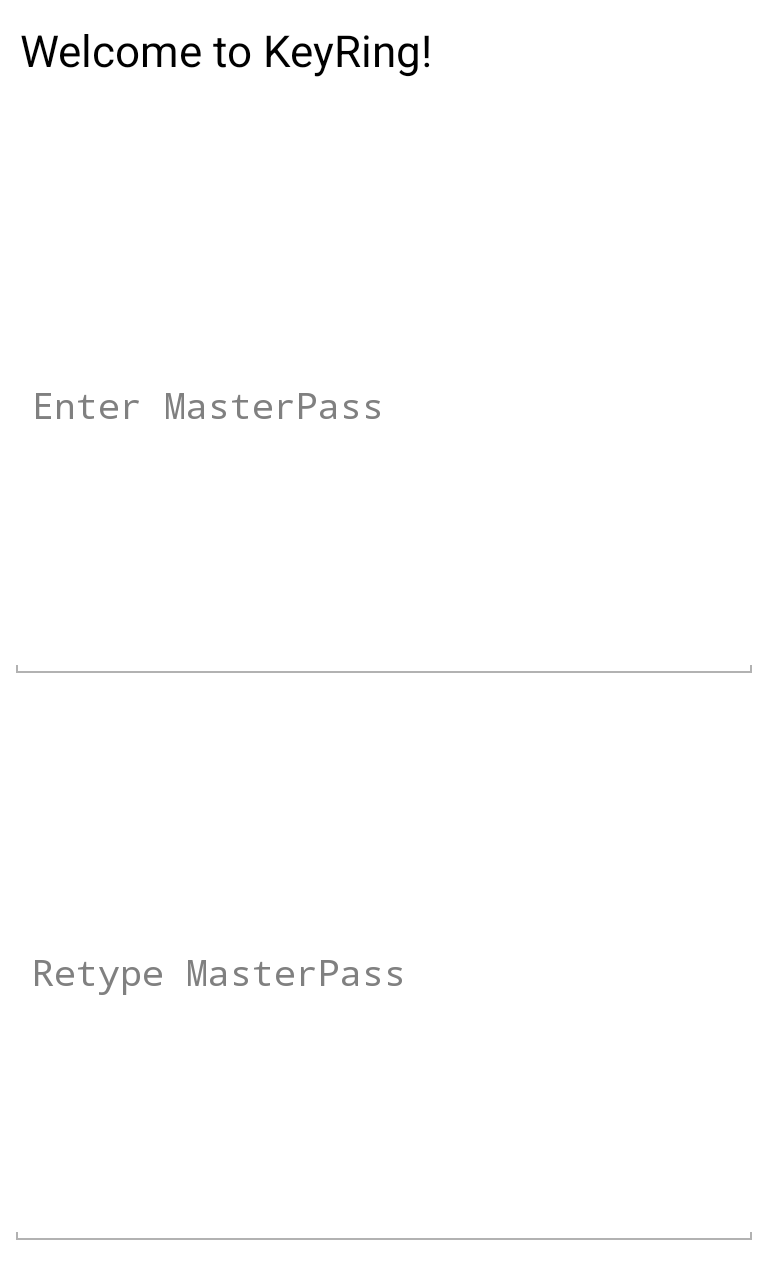
Repository: MarinIuliana/UPB-DILS-MD
Layout: KeyRing/res/layout/masterpass_setup_dialog.xml
An editor plug-in stored every save of this project. The layout is shown before and after the next save, followed by the edit.
It is drawn on a 768 x 1280 px phone screen (xhdpi) without system bars, with theme AppTheme; the app's code is not run.

Above is the layout before, as saved 2013-11-10 22:12:55.

After the next save:
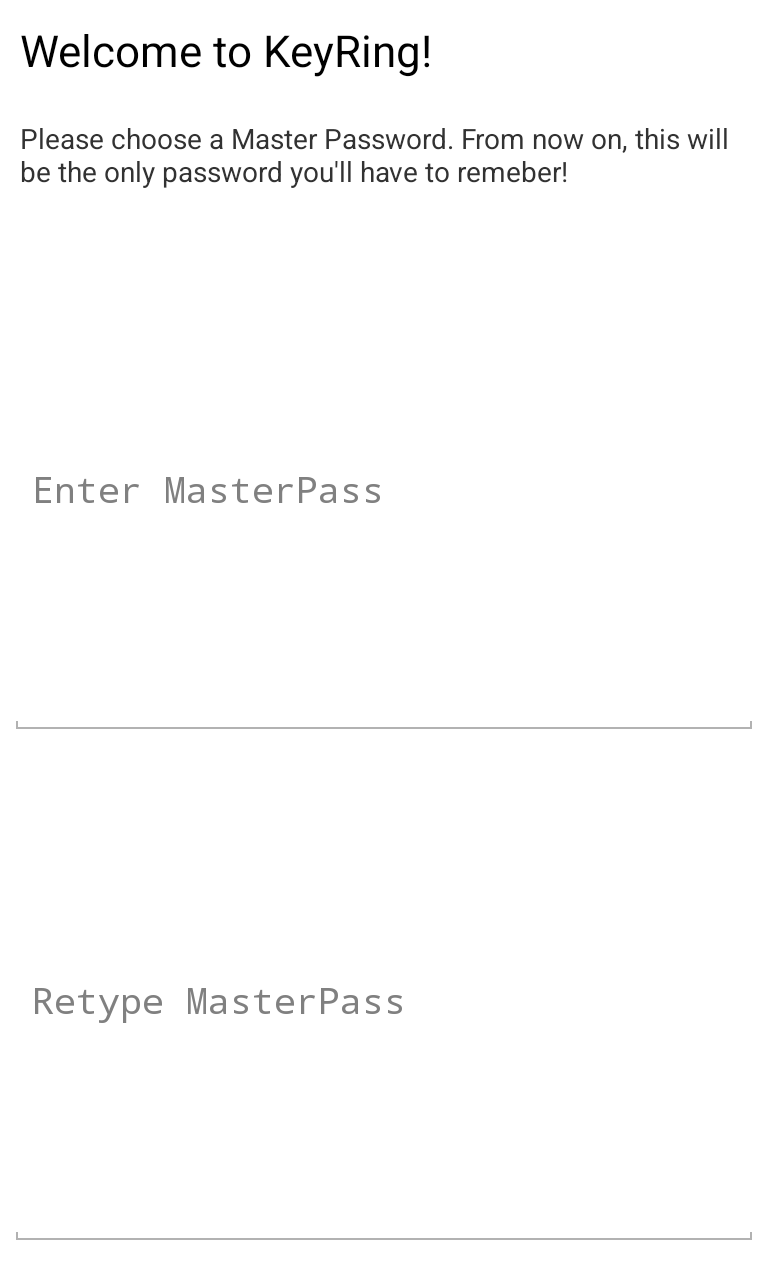
Saved 8 s later.
--- a/KeyRing/res/layout/masterpass_setup_dialog.xml
+++ b/KeyRing/res/layout/masterpass_setup_dialog.xml
@@ -11,6 +11,13 @@
         android:layout_margin="10dp"
         android:text="@string/welcome"
         android:textAppearance="?android:attr/textAppearanceLarge" />
+
+    <TextView
+        android:id="@+id/textView1"
+        android:layout_width="wrap_content"
+        android:layout_height="wrap_content"
+        android:layout_margin="10dp"
+        android:text="@string/welcome_description" />
 
     <EditText
         android:id="@+id/masterPassSetup1a"
